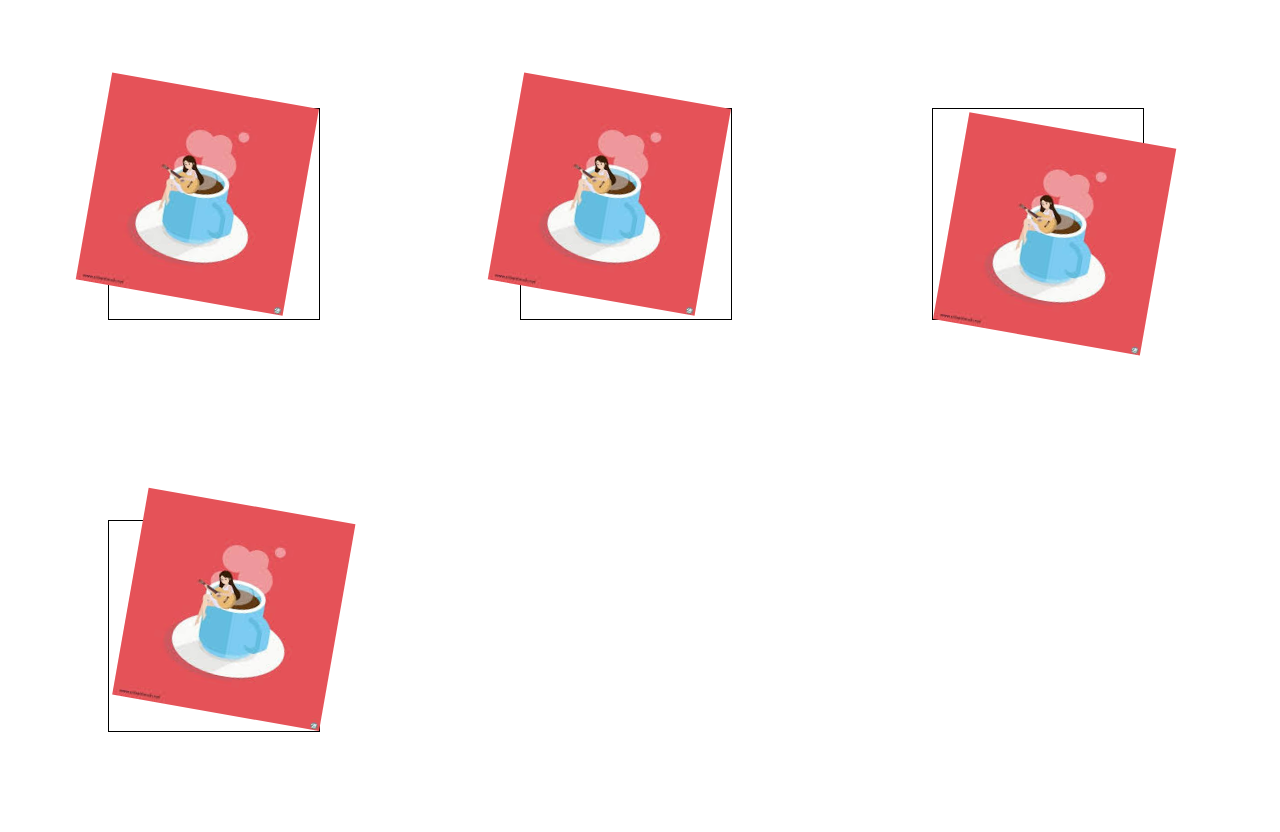
Repository: b1996om/HTML-CSS_study
Page: pro08/public/transform-origin.html
These files come from the project's save history. The page is drawn as it stood at one moment and after the next save; the edit follows.
The browser window is 1280 px wide. The pictures show the whole page.

Above is the page before, as saved 2022-12-08 06:57:50.

### pro08/public/transform-origin.html
<!DOCTYPE html>
<html lang="ko">
<head>
	<meta charset="utf-8">
	<title>Transform</title>
	<style>
		.origin {
			width:210px;
			height:210px;
			border:1px solid black;
			float:left;
			margin:100px;
		}
		.coffee {
			transform:rotateZ(10deg);
		}
		.ltop .coffee {
			transform-origin:right top;
		}
		.rtop .coffee {
			transform-origin:right top;
		}
		.lbottom .coffee {
			transform-origin:left bottom;
		}
		.rbottom .coffee {
			transform-origin:right bottom;
		}
	</style>
</head>
<body>
	<div class="origin">
		<div class="ltop">
			<img src="images/coffee.jpg" width=210 height=210 class="coffee">
		</div>
	</div>
	<div class="origin">
		<div class="rtop">
			<img src="images/coffee.jpg" width=210 height=210 class="coffee">
		</div>
	</div>
	<div class="origin">
		<div class="lbottom">
			<img src="images/coffee.jpg" width=210 height=210 class="coffee">
		</div>
	</div>
	<div class="origin">
		<div class="rbottom">
			<img src="images/coffee.jpg" width=210 height=210 class="coffee">
		</div>
	</div>
</body>
</html>

After the next save:
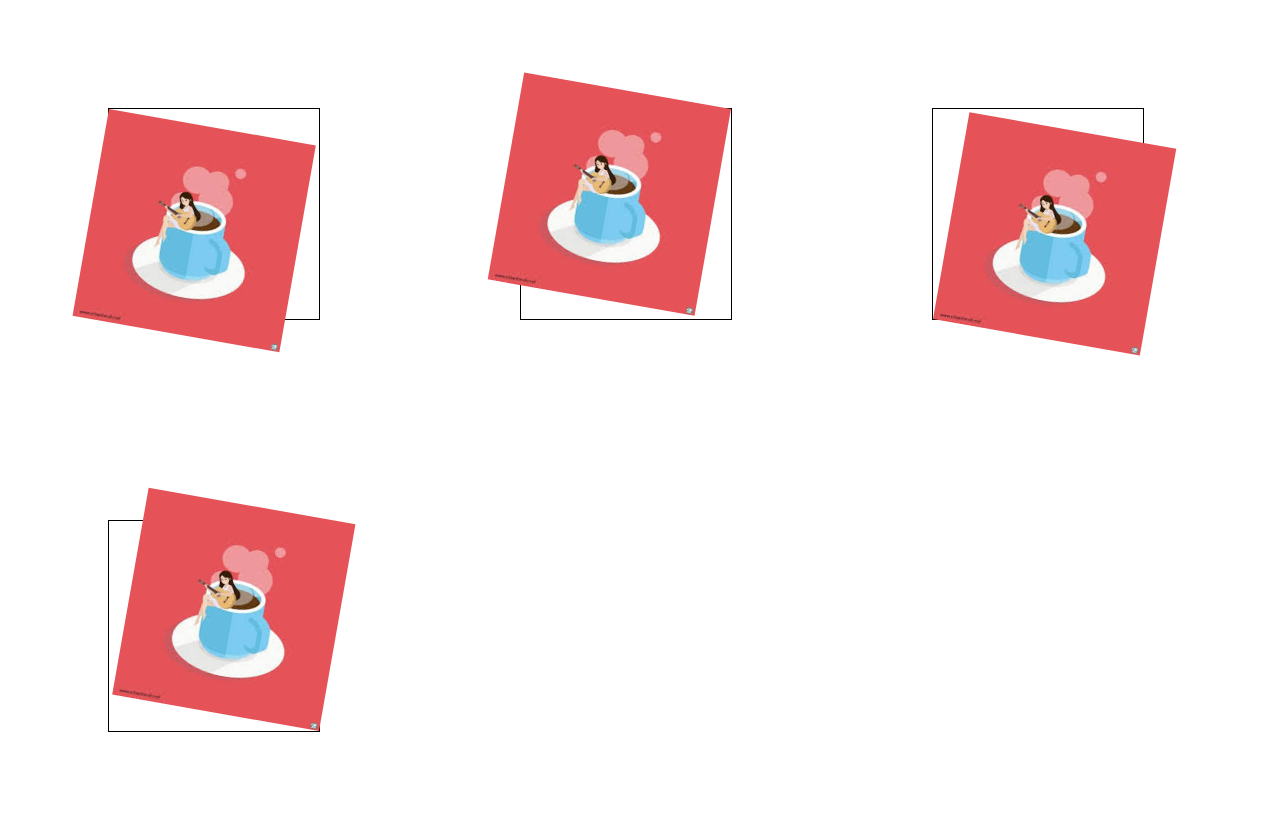
Saved 29 s later.
--- a/pro08/public/transform-origin.html
+++ b/pro08/public/transform-origin.html
@@ -15,7 +15,7 @@
 			transform:rotateZ(10deg);
 		}
 		.ltop .coffee {
-			transform-origin:right top;
+			transform-origin:left top;
 		}
 		.rtop .coffee {
 			transform-origin:right top;
